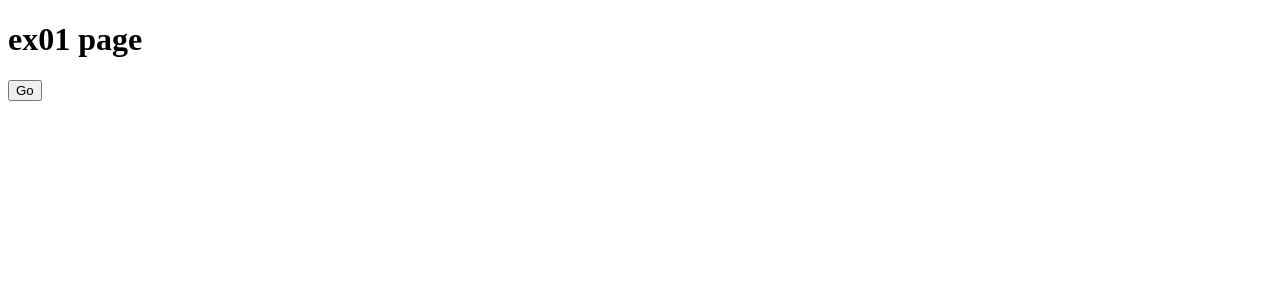
Repository: Lee-seongBeom/bitclass
Page: http://localhost/web07/
An editor plug-in stored every save of this project. The page is shown before and after the next save, followed by the edit.
The browser window is 1280 px wide. The pictures show the whole page.
The page is served by Tomcat 9.

Above is the page before, as saved 2020-07-07 01:21:16.

After the next save:
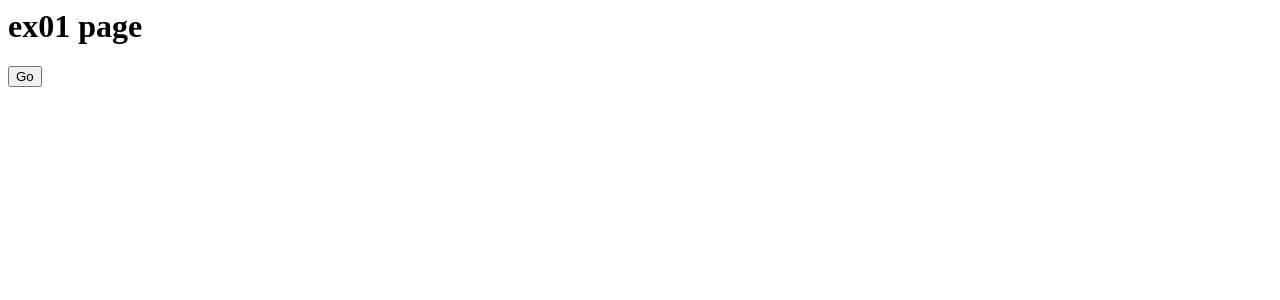
Saved 18 s later.
--- a/web/web07/WebContent/ex01.jsp
+++ b/web/web07/WebContent/ex01.jsp
@@ -1,6 +1,7 @@
 <%@ page language="java" contentType="text/html; charset=EUC-KR"
     pageEncoding="EUC-KR"%>
-<!DOCTYPE html PUBLIC "-//W3C//DTD HTML 4.01 Transitional//EN" "http://www.w3.org/TR/html4/loose.dtd">
+<!DOCTYPE htm
+l PUBLIC "-//W3C//DTD HTML 4.01 Transitional//EN" "http://www.w3.org/TR/html4/loose.dtd">
 <html>
 <head>
 <meta http-equiv="Content-Type" content="text/html; charset=EUC-KR">
